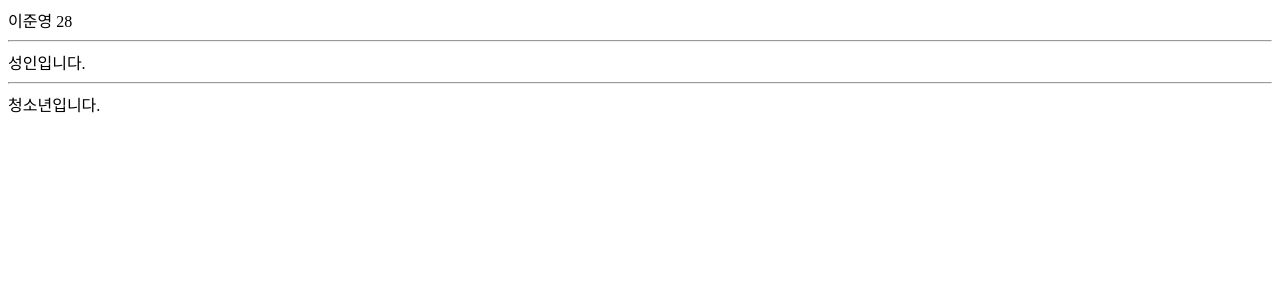
Repository: dhalfks/jsp_230602
Page: http://localhost/jstl_study/step4-choose.jsp
The author's editor kept a copy of each file at every save. The page is drawn from the files as they stood at one save, then again after the next save.
The browser window is 1280 px wide. The pictures show the whole page.
The page is served by Tomcat 9. Other server files are loaded and not shown.

Above is the page before, as saved 2023-05-10 00:38:02.

### jstl_project/jstl_study/src/main/webapp/step4-choose.jsp
<%@ page language="java" contentType="text/html; charset=UTF-8"
    pageEncoding="UTF-8"%>
<%@ page import="model.PersonVO" %>
<%@ taglib prefix="c" uri="http://java.sun.com/jsp/jstl/core" %>
<!DOCTYPE html>
<html>
<head>
<meta charset="UTF-8">
<title>JSTL choose 연습</title>
</head>
<body>
<!-- model 안에 PersonVO class 생성  멤버변수는 name, age 만 추가
	생성자 getter/setter만 추가 -->

<!-- EL 방식으로 name, age를 출력 -->
<%
PersonVO p1 = new PersonVO("이준영",28);
request.setAttribute("p", p1);
%>

${p.name }
${p.age }<br>

<hr>

<!-- 나이가 20살 이상이면 성인입니다. -->
<c:if test="${p.age >=20 }">
	성인입니다.<br>
</c:if>

<hr>
<!-- 다중조건을 사용할 경우 choose, when, otherwise -->
<c:choose>
	<c:when test="${p.age >= 10 }">
	청소년입니다.<br>
	</c:when>

	<c:when test="${p.age >= 20 }">
	성인입니다.<br>
	</c:when>

	<c:otherwise>
		유아입니다.<br>
	</c:otherwise>
</c:choose>

</body>
</html>

### jstl_project/jstl_study/src/main/java/model/PersonVO.java
package model;

public class PersonVO {

	private String name;
	private int age;

	public PersonVO() {}
	public PersonVO(String name, int age) {
		this.name = name;
		this.age = age;
	}
	public String getName() {
		return name;
	}
	public void setName(String name) {
		this.name = name;
	}
	public int getAge() {
		return age;
	}
	public void setAge(int age) {
		this.age = age;
	}

}

After the next save:
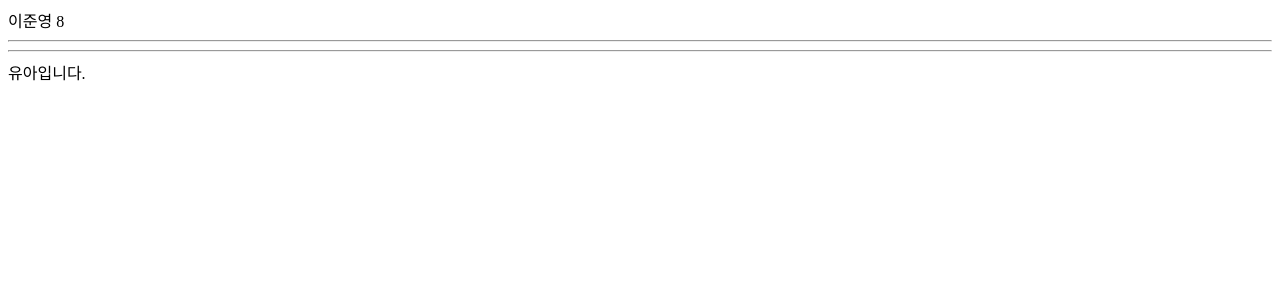
Saved 9 s later.
--- a/jstl_project/jstl_study/src/main/webapp/step4-choose.jsp
+++ b/jstl_project/jstl_study/src/main/webapp/step4-choose.jsp
@@ -14,7 +14,7 @@
 
 <!-- EL 방식으로 name, age를 출력 -->
 <%
-PersonVO p1 = new PersonVO("이준영",28);
+PersonVO p1 = new PersonVO("이준영",8);
 request.setAttribute("p", p1);
 %>
 
